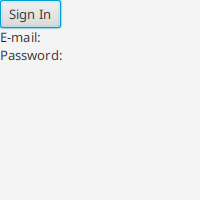
Repository: angelalvess/java-fx
Program's window: java javafx/src/fxml/AppFXML.java
These files come from the project's save history. The program's window is drawn as it stood at one moment and after the next save; the edit follows.
It runs on Java 21 on a 1366 x 768 screen with JavaFX 11; the title bar is not drawn.

Above is the program's window before, as saved 2025-02-03 15:04:45.

### javafx/src/fxml/AppFXML.java
package fxml;

import java.net.URL;

import javafx.application.Application;
import javafx.fxml.FXMLLoader;
import javafx.scene.Scene;
import javafx.scene.layout.GridPane;
import javafx.stage.Stage;

public class AppFXML extends Application {

	@Override
	public void start(Stage primaryStage) throws Exception {
		URL fileFXML = getClass().getResource("/fxml/Login.fxml");
		GridPane raiz = FXMLLoader.load(fileFXML);

		Scene sceneOne= new Scene(raiz, 200,200);

		primaryStage.setResizable(false);

		primaryStage.setScene(sceneOne);
		primaryStage.show();
	}

	public static void main(String[] args) {
		launch(args);
	}
}

### javafx/src/fxml/Login.fxml
<?xml version="1.0" encoding="UTF-8"?>

<?import javafx.scene.layout.*?>
<?import javafx.scene.control.*?>

<GridPane xmlns:fx="http://javafx.com/fxml/1">

	<Label text="Welcome"
	 GridPane.columnIndex="0" GridPane.rowIndex="0"
	 ></Label>

	<Label text="E-mail: "  GridPane.columnIndex="0" GridPane.rowIndex="1" ></Label>
	<Label text="Password: "  GridPane.columnIndex="0" GridPane.rowIndex="2" ></Label>
	<Button text="Sign In" ></Button>
</GridPane>

After the next save:
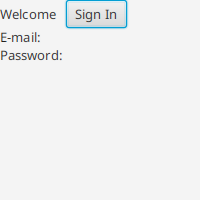
Saved 16 s later.
--- a/javafx/src/fxml/Login.fxml
+++ b/javafx/src/fxml/Login.fxml
@@ -11,5 +11,5 @@
 
 	<Label text="E-mail: "  GridPane.columnIndex="0" GridPane.rowIndex="1" ></Label>
 	<Label text="Password: "  GridPane.columnIndex="0" GridPane.rowIndex="2" ></Label>
-	<Button text="Sign In" ></Button>
+	<Button text="Sign In"  GridPane.columnIndex="3" GridPane.rowIndex="0" ></Button>
 </GridPane>
